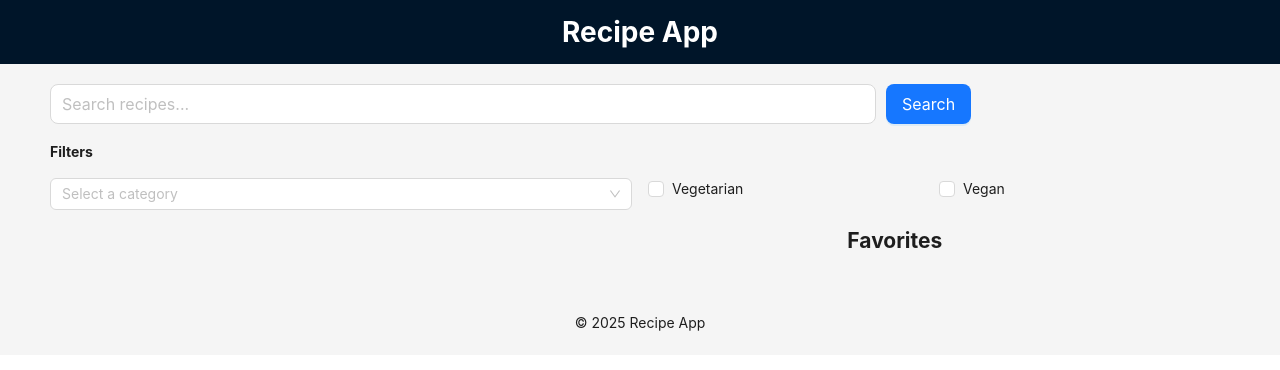
Repository: LearnTek-In-Private-Limited/recipie-era-premier
Page: /
These files come from the project's save history. The page is drawn as it stood at one moment and after the next save; the edit follows.
The browser window is 1280 px wide. The pictures show the whole page.
The project was rebuilt for these pictures with package versions that can differ from the ones it lists, and the page was loaded fresh each time.

Above is the page before, as saved 2025-01-25 17:03:56.

After the next save:
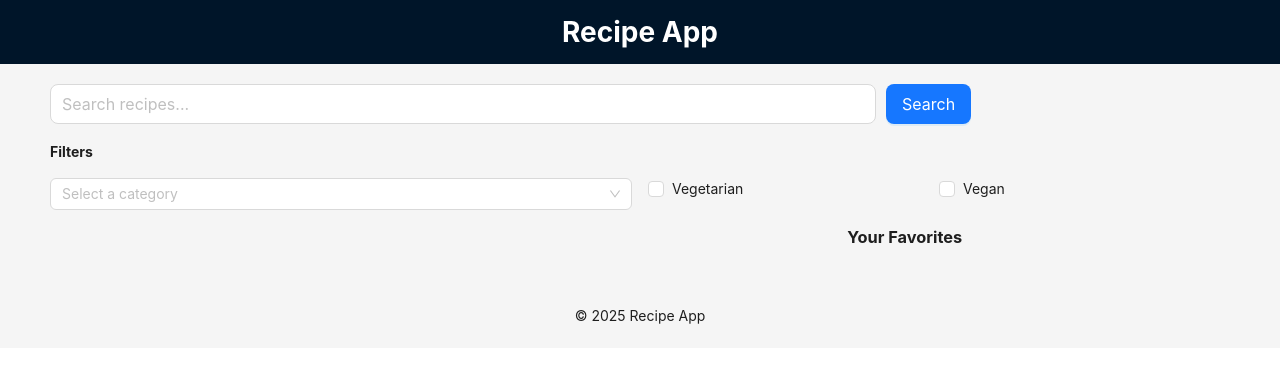
Saved 10 s later.
--- a/src/components/FavoritesList.js
+++ b/src/components/FavoritesList.js
@@ -1,25 +1,26 @@
 import React from 'react';
-import { useSelector, useDispatch } from 'react-redux';
-import { removeFavorite } from '../redux/actions/favoriteActions';
+import { Card, Col, Row } from 'antd';
+import { useSelector } from 'react-redux';
 
 const FavoritesList = () => {
   const favorites = useSelector((state) => state.favorites);
-  const dispatch = useDispatch();
 
   return (
     <div>
-      <h2>Favorites</h2>
-      <div className="favorites-grid">
+      <h3>Your Favorites</h3>
+      <Row gutter={[16, 16]}>
         {favorites.map((recipe, index) => (
-          <div key={index} className="recipe-card">
-            <img src={recipe.image} alt={recipe.label} />
-            <h3>{recipe.label}</h3>
-            <button onClick={() => dispatch(removeFavorite(recipe.id))}>
-              Remove
-            </button>
-          </div>
+          <Col xs={24} sm={12} md={8} key={index}>
+            <Card
+              hoverable
+              cover={<img alt={recipe.label} src={recipe.image} />}
+              title={recipe.label}
+            >
+              <p>{recipe.cuisineType?.join(', ') || 'No cuisine info'}</p>
+            </Card>
+          </Col>
         ))}
-      </div>
+      </Row>
     </div>
   );
 };
